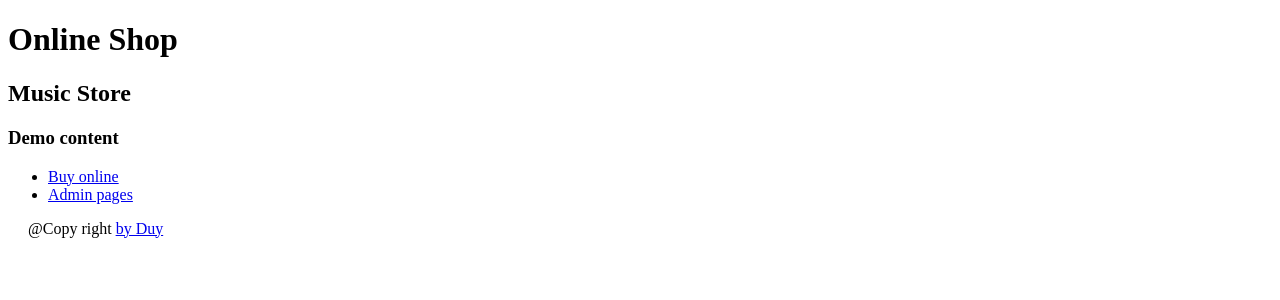
Repository: OnlyLight/Dua_Thu
Page: http://localhost/MusicStore/
These files come from the project's save history. The page is drawn as it stood at one moment and after the next save; the edit follows.
The browser window is 1280 px wide. The pictures show the whole page.
The page is served by Tomcat 9.

Above is the page before, as saved 2018-05-13 03:13:40.

After the next save:
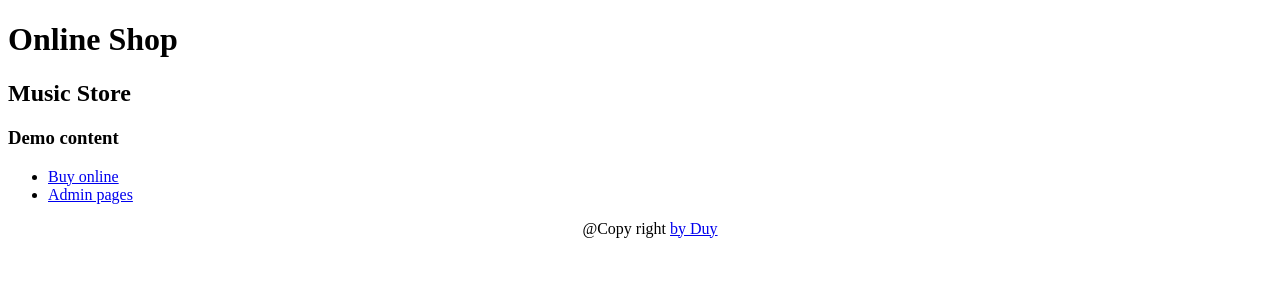
Saved 35 s later.
--- a/JavaWeb/MusicStore/src/main/webapp/WEB-INF/views/_footer.jsp
+++ b/JavaWeb/MusicStore/src/main/webapp/WEB-INF/views/_footer.jsp
@@ -1,5 +1,5 @@
 <%@ page language="java" contentType="text/html; charset=UTF-8"
 	pageEncoding="UTF-8"%>
-<div class="footer-container">
+<div style="text-align: center">
 	     @Copy right <a href="#" target="_blank">by Duy</a>
 </div>
